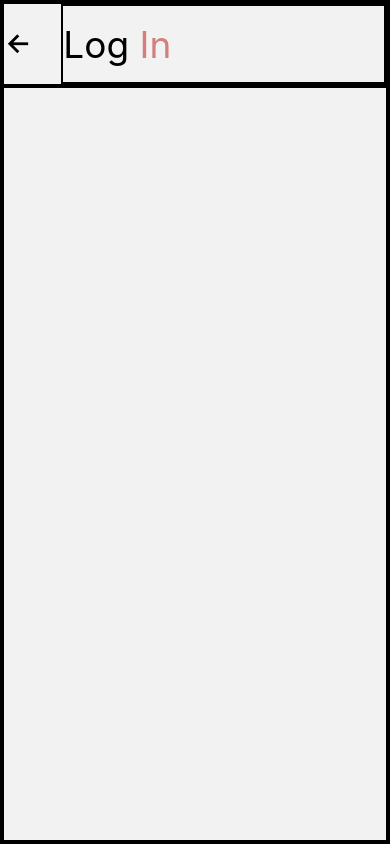
Repository: kgayathridevi/pregband
Screen: /
The author's editor kept a copy of each file at every save. The screen is drawn from the files as they stood at one save, then again after the next save.
The app was drawn by React Native's web renderer in a window 390 px wide. The project was rebuilt for these pictures with package versions that can differ from the ones it lists, and the page was loaded fresh each time. Also part of the build but not shown: component/SignUpScreen.jsx, component/Home.jsx.

Above is the screen before, as saved 2023-04-28 15:03:08.

### App.js
import { NavigationContainer } from "@react-navigation/native";
import { createNativeStackNavigator } from "@react-navigation/native-stack";
import { StatusBar } from "expo-status-bar";
import { StyleSheet, Text, View } from "react-native";
import SignUpScreen from "./component/SignUpScreen";
import LogInScreen from "./component/LogInScreen";
import Home from "./component/Home";

const Stack = createNativeStackNavigator();
export default function App() {
  return (
    <NavigationContainer>
      <Stack.Navigator initialRouteName="Log">
        <Stack.Screen
          options={{ headerShown: false }}
          name="Log"
          component={LogInScreen}
        />
        <Stack.Screen name="Sign" component={SignUpScreen} />
        <Stack.Screen name="Home" component={Home} />
      </Stack.Navigator>
    </NavigationContainer>
  );
}

const styles = StyleSheet.create({
  // container: {
  //   flex: 1,
  //   backgroundColor: '#fff',
  //   alignItems: 'center',
  //   justifyContent: 'center',
  // },
});

### component/LogInScreen.jsx
import {
  Button,
  StyleSheet,
  Text,
  TextInput,
  TouchableOpacity,
  View,
} from "react-native";
import React from "react";
import { SafeAreaView } from "react-native-safe-area-context";
import Ionicons from "@expo/vector-icons/Ionicons";

const LogInScreen = ({ navigation }) => {
  return (
    <SafeAreaView style={styles.container}>
      <View style={styles.headerContainer}>
        <View style={styles.btnCont}>
          {/* <Text>back</Text> */}
          <Ionicons name="arrow-back" color="black" size={30} />
        </View>
        <View style={styles.titleContain}>
          <Text style={styles.textC}>Log</Text>
          <Text style={[styles.textC, styles.textC2]}> In</Text>
        </View>
      </View>
      <View style={styles.mainContainer}></View>
    </SafeAreaView>
  );
};

export default LogInScreen;

const styles = StyleSheet.create({
  container: {
    borderWidth: 2,
    height: "100%",
  },
  headerContainer: {
    borderWidth: 2,
    height: "10%",
    flexDirection: "row",
    justifyContent: "space-between",
  },
  titleContain: {
    borderWidth: 2,
    flexDirection: "row",
    width: "85%",
    alignItems: "center",
  },
  btnCont: {
    justifyContent: "center",
    // borderWidth: 2,
  },
  textC: {
    fontSize: 37,
  },
  textC2: {
    color: "#D37F7D",
  },

  mainContainer: {
    borderWidth: 2,
    height: "90%",
  },
});

After the next save:
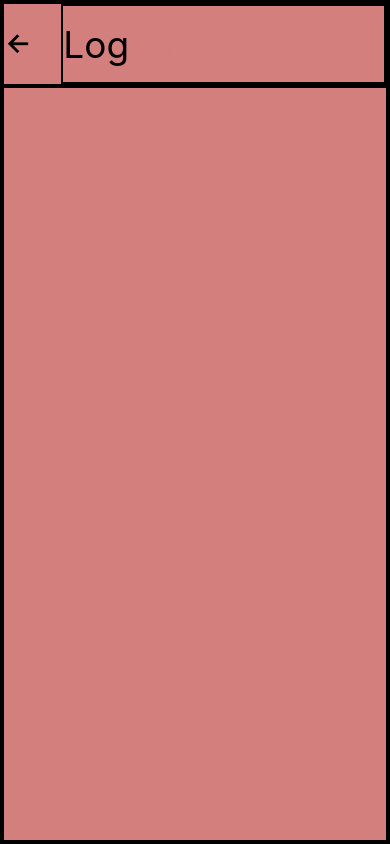
Saved 27 s later.
--- a/component/LogInScreen.jsx
+++ b/component/LogInScreen.jsx
@@ -34,6 +34,7 @@ const styles = StyleSheet.create({
   container: {
     borderWidth: 2,
     height: "100%",
+    backgroundColor: "#D37F7D",
   },
   headerContainer: {
     borderWidth: 2,
